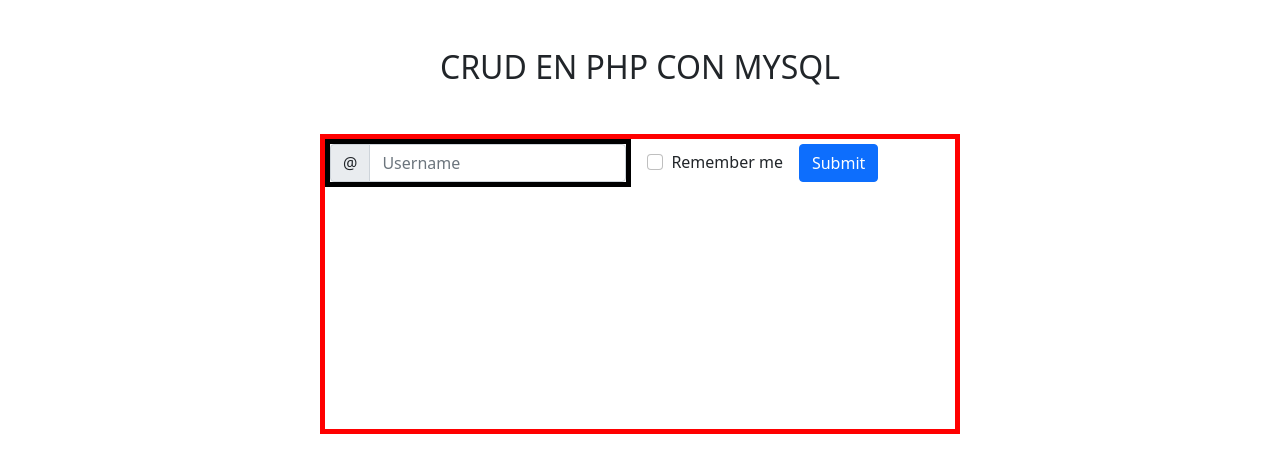
Repository: nder1996/CRUD_SENCILLO
Page: http://localhost/
The author's editor kept a copy of each file at every save. The page is drawn from the files as they stood at one save, then again after the next save.
The browser window is 1280 px wide. The pictures show the whole page.
The page is run by PHP 8.4 with error messages shown; the project is at /var/www/html/.

Above is the page before, as saved 2021-10-04 19:47:31.

### CRUD - SILENCIADO/index.php
<!DOCTYPE html>
<html lang="en">
<head>
    <meta charset="UTF-8">
    <meta http-equiv="X-UA-Compatible" content="IE=edge">
    <meta name="viewport" content="width=device-width, initial-scale=1.0">
    <title>CRUD PHP</title>
    <link href="https://cdn.jsdelivr.net/npm/bootstrap@5.1.1/dist/css/bootstrap.min.css" rel="stylesheet" integrity="sha384-F3w7mX95PdgyTmZZMECAngseQB83DfGTowi0iMjiWaeVhAn4FJkqJByhZMI3AhiU" crossorigin="anonymous">
    <link rel="stylesheet" href="css/estilos.css">
    <link rel="stylesheet" href="https://cdnjs.cloudflare.com/ajax/libs/bootstrap-icons/1.5.0/font/bootstrap-icons.min.css" integrity="sha512-xnP2tOaCJnzp2d2IqKFcxuOiVCbuessxM6wuiolT9eeEJCyy0Vhcwa4zQvdrZNVqlqaxXhHqsSV1Ww7T2jSCUQ==" crossorigin="anonymous" referrerpolicy="no-referrer" />
</head>
<body>
    <h2 class="text-center mt-5">CRUD EN PHP CON MYSQL</h2>
    <div class="contenedor mt-5">
        <form class="row row-cols-lg-auto g-3 align-items-center">
            <div class="col-12">
              <label class="visually-hidden" for="inlineFormInputGroupUsername">Username</label>
              <div class="input-group">
                <div class="input-group-text">@</div>
                <input type="text" class="form-control" id="inlineFormInputGroupUsername" placeholder="Username">
              </div>
            </div>

            <div class="col-12">
              <div class="form-check">
                <input class="form-check-input" type="checkbox" id="inlineFormCheck">
                <label class="form-check-label" for="inlineFormCheck">
                  Remember me
                </label>
              </div>
            </div>

            <div class="col-12">
              <button type="submit" class="btn btn-primary">Submit</button>
            </div>
          </form>
        <!--
        <div class="input-group">
            <input type="text" class="form-control" placeholder="Recipient's username" aria-label="Recipient's username with two button addons">
            <button class="btn btn-outline-secondary" type="button"><i class="bi bi-search mr-5"></i></button>
            <button class="btn btn-outline-secondary" type="button"><i class="bi bi-file-earmark-plus"></i></button>
          </div>
        <div class="">
            <i class="bi bi-alarm"></i>
        </div>
        -->
    </div>
    <script src="https://cdn.jsdelivr.net/npm/bootstrap@5.1.1/dist/js/bootstrap.bundle.min.js" integrity="sha384-/bQdsTh/da6pkI1MST/rWKFNjaCP5gBSY4sEBT38Q/9RBh9AH40zEOg7Hlq2THRZ" crossorigin="anonymous"></script>
</body>
</html>

### CRUD - SILENCIADO/css/estilos.css
.contenedor{
    border:5px solid red;
    width: 50%;
    height: 300px;
    margin: auto;
}

.input-group{
    border:5px solid black;
}

After the next save:
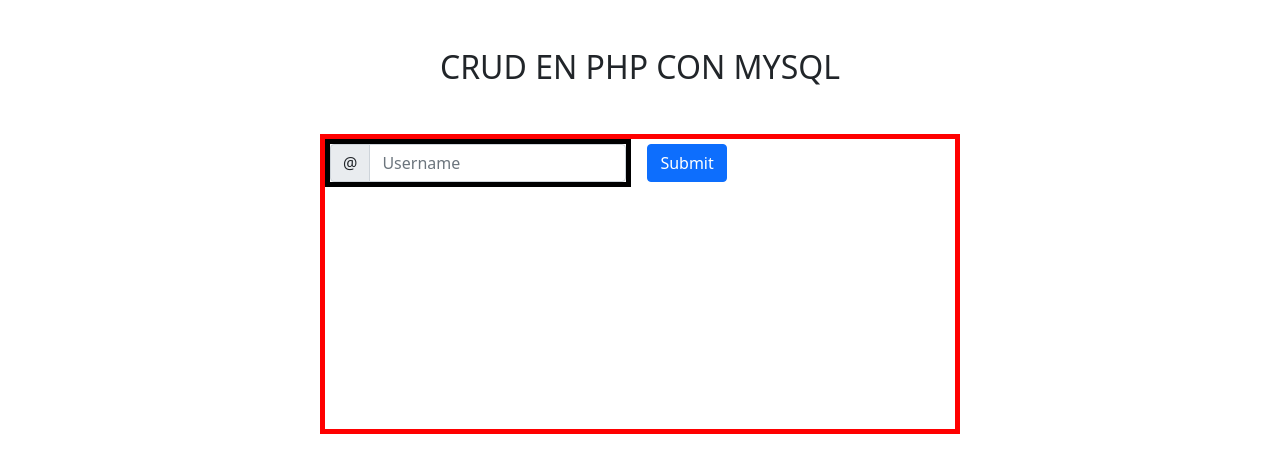
Saved 4 s later.
--- a/CRUD - SILENCIADO/index.php
+++ b/CRUD - SILENCIADO/index.php
@@ -22,15 +22,6 @@
             </div>
 
             <div class="col-12">
-              <div class="form-check">
-                <input class="form-check-input" type="checkbox" id="inlineFormCheck">
-                <label class="form-check-label" for="inlineFormCheck">
-                  Remember me
-                </label>
-              </div>
-            </div>
-
-            <div class="col-12">
               <button type="submit" class="btn btn-primary">Submit</button>
             </div>
           </form>
